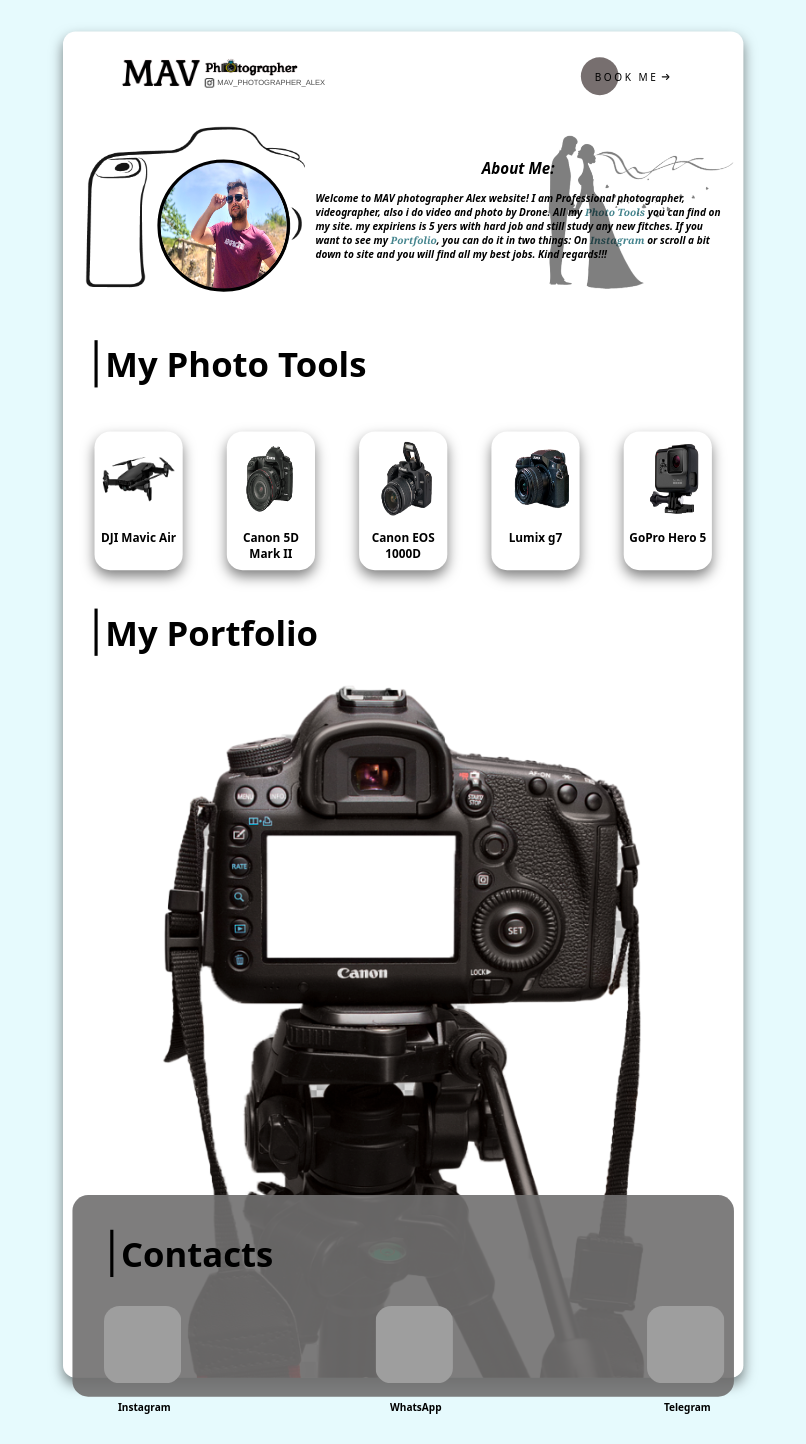
Repository: Dekabrist94/MAV
Page: /
The author's editor kept a copy of each file at every save. The page is drawn from the files as they stood at one save, then again after the next save.
The browser window is 1280 px wide. The pictures show the whole page, at 63% of full size.
Pictures or frames that could not be fetched are drawn as grey boxes. The project was rebuilt for these pictures with package versions that can differ from the ones it lists, and the page was loaded fresh each time.

Above is the page before, as saved 2023-03-11 18:02:21.

### src/index.js
import React from 'react';
import ReactDOM from 'react-dom/client';
import './index.scss';
import App from './App';
import reportWebVitals from './reportWebVitals';

const root = ReactDOM.createRoot(document.getElementById('root'));
root.render(
  <React.StrictMode>
    <App />
  </React.StrictMode>,
);

// If you want to start measuring performance in your app, pass a function
// to log results (for example: reportWebVitals(console.log))
// or send to an analytics endpoint. Learn more: https://bit.ly/CRA-vitals
reportWebVitals();

### src/index.scss
.aboutLinks {
  color: rgb(68, 132, 141);
  text-decoration: none;
  font-family: Georgia, 'Times New Roman', Times, serif;
  transition: all 0.3s ease;
}

.aboutLinks:hover {
  color: rgb(235, 17, 82);
  text-decoration: none;
  font-family: Georgia, 'Times New Roman', Times, serif;
}

body {
  margin: 0;
  font-family: system-ui;
  -webkit-font-smoothing: antialiased;
  -moz-osx-font-smoothing: grayscale;
  background-color: rgb(12, 213, 240, 0.1);
}

.wrapper {
  background: #ffffff;
  box-shadow: 0px 10px 20px rgba(0, 0, 0, 0.5);
  border-radius: 20px;
  max-width: 1080px;
  margin: 50px auto;
}

header {
  padding: 40px;
  margin: 50px;
  display: flex;
  justify-content: space-between;
}

img {
  margin-right: 5px;
}

.headerLeft {
  display: flex;
  align-items: center;
}

.underLogoLink {
  color: black;
  opacity: 70%;
  font-family: 'Franklin Gothic Medium', 'Arial Narrow', Arial, sans-serif;
  text-decoration: none;
  transition: all 0.2s ease;
  text-transform: uppercase;
  font-size: 12px;
}
.underLogoLink:hover {
  opacity: 100%;
  transition: all 0.2s ease;
}
.instaLink {
  display: flex;
  margin-top: -3px;
  align-items: center;
}

.bookMe {
  margin-top: 20px;
}

h3,
p {
  margin: 0;
}

.aboutMe {
  margin-left: 150px;
  position: relative;
  display: flex;

  align-items: center;
  justify-content: space-between;
}
.bride {
  position: absolute;
  left: 610px;
  opacity: 0.5;
  z-index: 0;
}
.camera {
  top: -50px;
  left: -190px;
  position: absolute;
}
.avatar {
  border-radius: 50%;
  border: 5px black solid;
  z-index: 1;
  transition: all 0.4s ease;

  cursor: pointer;
}
.avatar:hover {
  transition: all 0.4s ease;
  transform: scale(1.05);
  cursor: pointer;
}

.textAboutCenter {
  text-align: center;
  font-style: italic;
  z-index: 0;
}
.textAbout {
  padding-bottom: 50px;
  padding-left: 5%;
  padding-right: 5%;
  text-align: left;
  font-style: italic;
}
.cardContainer {
  display: flex;
  padding: 15px;
}
.card {
  height: 220px;
  width: 140px;
  margin: 0 auto;
}

.cardBorder {
  border-radius: 25px;
  box-shadow: 0px 10px 20px rgba(0, 0, 0, 0.5);
}

.cardStyle {
  padding-top: 15px;
  text-align: center;
}

.CaptionTools {
  margin-left: 50px;
  font-size: 55px;
  padding-left: 12px;
  border-left: 5px rgb(0, 0, 0) solid;
}

.Portfolio {
}

.captionPortfolio {
  margin-left: 50px;
  font-size: 55px;
  padding-left: 12px;
  border-left: 5px rgb(0, 0, 0) solid;
}

.mainCamera {
  margin: 0 auto;
  align-items: center;
  display: flex;
}

.cameraSlider {
  margin: 0 auto;
  z-index: 2;
}

.contContainer {
  position: relative;
  margin: 0px 15px auto;
}

.background {
  position: absolute;
  background: rgba(112, 111, 111, 0.9);
  width: 100%;
  height: 320px;
  margin: -290px auto;
  z-index: 3;
  border-radius: 25px;
}

.qr {
  padding: 10px;
}

.contacts {
  display: flex;
  align-items: center;
  justify-content: space-between;
}

li {
  list-style-type: none;
  z-index: 5;
}

.qrcode {
  border-radius: 25px;
  transition: all 0.3s ease;
}

.qrcode:hover {
  transform: scale(1.1);
  transition: all 0.3s ease;
}

### src/App.js
import { Header } from './pages/Header';
import { PhotoTools } from './pages/PhotoTools';
import { AboutMe } from './pages/AboutMe';
import mainCamera from './assets/img/mainCamera.png';
function App() {
  return (
    <div className="wrapper">
      <Header />
      <AboutMe />
      <PhotoTools />

      <section className="Portfolio">
        <h1 className="captionPortfolio">My Portfolio</h1>
        <div className="slider">
          <div className="mainCamera">
            <img className="cameraSlider" width={800} height={1100} src={mainCamera} />
          </div>
        </div>
      </section>

      <section className="contContainer">
        <div className="background">
          <div className="qr">
            <h1 className="CaptionTools">Contacts</h1>
            <ul className="contacts">
              <li>
                <a href="https://www.instagram.com/palazzagofotografo/" target="_blank">
                  <img
                    className="qrcode"
                    src="http://qrcoder.ru/code/?https%3A%2F%2Fwww.instagram.com%2Fpalazzagofotografo%2F&3&0"
                    width="123"
                    height="123"
                    title="Instagram QR Code"
                  />
                </a>
                <h4 align="center">Instagram</h4>
              </li>
              <li>
                <a href="https://wa.me/+393519741841" target="_blank">
                  <img
                    className="qrcode"
                    src="http://qrcoder.ru/code/?https%3A%2F%2Fwa.me%2F%2B393519741841&3&0"
                    width="123"
                    height="123"
                    title="WhatsApp QR Code"
                  />
                </a>
                <h4 align="center">WhatsApp</h4>
              </li>
              <li>
                <a href="https://t.me/mavphotographeralex" target="_blank">
                  <img
                    className="qrcode"
                    src="http://qrcoder.ru/code/?https%3A%2F%2Ftelegram.me%2F%40mavphotographer&4&0"
                    width="123"
                    height="123"
                    title="Telegram QR Code"
                  />
                </a>
                <h4 align="center">Telegram</h4>
              </li>
            </ul>
          </div>
        </div>
      </section>
    </div>
  );
}

export default App;

### src/pages/Header.jsx
import PHOTOGRAPHER from '../assets/img/photographer.png';
import InstaLogo from '../assets/img/instagram.png';
import MAV from '../assets/img/MAV.png';
import '../index.scss';
import { CustomButton } from '../components/button UI';
export const Header = () => {
  return (
    <header>
      <div className="headerLeft">
        <img width={130} height={50} src={MAV} alt="logo" />
        <div className="headerInfo">
          <img width={150} height={30} src={PHOTOGRAPHER} alt="logo" />
          <div className="instaLink">
            <img width={15} height={15} src={InstaLogo} alt="Instagram" />
            <a href="#" className="underLogoLink">
              mav_photographer_alex
            </a>
          </div>
        </div>
      </div>
      <div className="bookMe">
        <CustomButton text="BOOK ME" style="link" />
      </div>
    </header>
  );
};

### src/pages/PhotoTools.jsx
import Drone from '../assets/img/mavicAir.png';
import Mark from '../assets/img/5dmark.png';
import CanonD from '../assets/img/1000d.png';
import Lumix from '../assets/img/lumix.png';
import Hero5 from '../assets/img/hero5.png';

import '../index.scss';

export const PhotoTools = () => {
  return (
    <section className="PhotoTools">
      <aside>
        <h1 className="CaptionTools">My Photo Tools</h1>
      </aside>
      <div className="cardContainer">
        <div className="card cardBorder">
          <img className="cardStyle" width={140} height={120} src={Drone} alt="card" />
          <p className="cardStyle">
            <h3>DJI Mavic Air</h3>
          </p>
        </div>
        <div className="card cardBorder">
          <img className="cardStyle" width={140} height={120} src={Mark} alt="card" />
          <p className="cardStyle">
            <h3>Canon 5D Mark II</h3>
          </p>
        </div>
        <div className="card cardBorder">
          <img className="cardStyle" width={160} height={120} src={CanonD} alt="card" />
          <p className="cardStyle">
            <h3>Canon EOS 1000D</h3>
          </p>
        </div>
        <div className="card cardBorder">
          <img className="cardStyle" width={160} height={120} src={Lumix} alt="card" />
          <p className="cardStyle">
            <h3>Lumix g7</h3>
          </p>
        </div>
        <div className="card cardBorder">
          <img className="cardStyle" width={160} height={120} src={Hero5} alt="card" />
          <p className="cardStyle">
            <h3>GoPro Hero 5</h3>
          </p>
        </div>
      </div>
    </section>
  );
};

### src/pages/AboutMe.jsx
import '../index.scss';
import Camera from '../assets/img/camera.png';
import AVATAR from '../assets/img/AVATAR.jpg';
import Bride from '../assets/img/bride.png';
export const AboutMe = () => {
  return (
    <section className="aboutMe">
      <img className="avatar" width={200} height={200} src={AVATAR} alt="AVATAR" />
      <img className="camera" width={500} height={302} src={Camera} alt="Camera" />
      <img className="bride" width={320} height={350} src={Bride} alt="Bride" />

      <div>
        <h1 className="textAboutCenter">About Me:</h1>
        <h4 className="textAbout">
          Welcome to MAV photographer Alex website! I am Professional photographer, videographer,
          also i do video and photo by Drone. All my{' '}
          <a className="aboutLinks" href="#">
            Photo Tools
          </a>{' '}
          you can find on my site. my expiriens is 5 yers with hard job and still study any new
          fitches. If you want to see my{' '}
          <a className="aboutLinks" href="#">
            Portfolio
          </a>
          , you can do it in two things: On{' '}
          <a className="aboutLinks" href="#">
            Instagram
          </a>{' '}
          or scroll a bit down to site and you will find all my best jobs. Kind regards!!!
        </h4>
      </div>
    </section>
  );
};

### src/components/button UI/index.jsx
import styles from './Button.module.css';
import React from 'react';

export const CustomButton = ({ type, text, link, style }) => {
  if (style === 'btn') {
    return (
      <button className={`${styles.button} ${styles.buttonBtn}`} type={type}>
        <span>{text}</span>
        <svg width="13px" height="10px" viewBox="0 0 13 10">
          <path d="M1,5 L11,5"></path>
          <polyline points="8 1 12 5 8 9"></polyline>
        </svg>
      </button>
    );
  } else if (style === 'link') {
    return (
      <a
        href={link}
        className={`${styles.button} ${styles.buttonLink}`}
        target="_blank"
        rel="noreferrer">
        <span>{text}</span>
        <svg width="13px" height="10px" viewBox="0 0 13 10">
          <path d="M1,5 L11,5"></path>
          <polyline points="8 1 12 5 8 9"></polyline>
        </svg>
      </a>
    );
  }
  return <button>{text}</button>;
};

### src/components/button UI/Button.module.css
.button {
  position: relative;
  margin: auto;
  padding: 19px 22px;
  transition: all 0.2s ease;
  cursor: pointer;
}
.button:before {
  content: '';
  position: absolute;
  top: 0;
  left: 0;
  display: block;
  border-radius: 50%;

  width: 60px;
  height: 60px;
  transition: all 0.5s ease;
}
.buttonLink:before {
  background: rgb(119, 111, 111);
}
.buttonBtn:before {
  background: rgba(255, 165, 45, 0.5);
}
.button span {
  position: relative;
  font-size: 16px;
  line-height: 18px;
  font-weight: 400;
  letter-spacing: 4px;
  text-transform: uppercase;
  vertical-align: middle;
  transition: color 0.5s ease;
}
.button:hover span {
  color: #fff;
}
.button svg {
  position: relative;
  top: 0;
  margin-left: 10px;
  fill: none;
  stroke-linecap: round;
  stroke-linejoin: round;
  stroke: #111;
  stroke-width: 2;
  transform: translateX(-5px);
  transition: all 0.5s ease;
}
.button:hover:before {
  width: 100%;
  border-radius: 50px;
}
.buttonLink:hover:before {
  background: black;
}
.buttonBtn:hover:before {
  background: rgb(255, 165, 45);
}
.button:hover svg {
  transform: translateX(0);
  stroke: #fff;
}
.button:active {
  transform: scale(0.96);
}

Loaded but not shown: public/index.html (common file); src/reportWebVitals.js (common file)

After the next save:
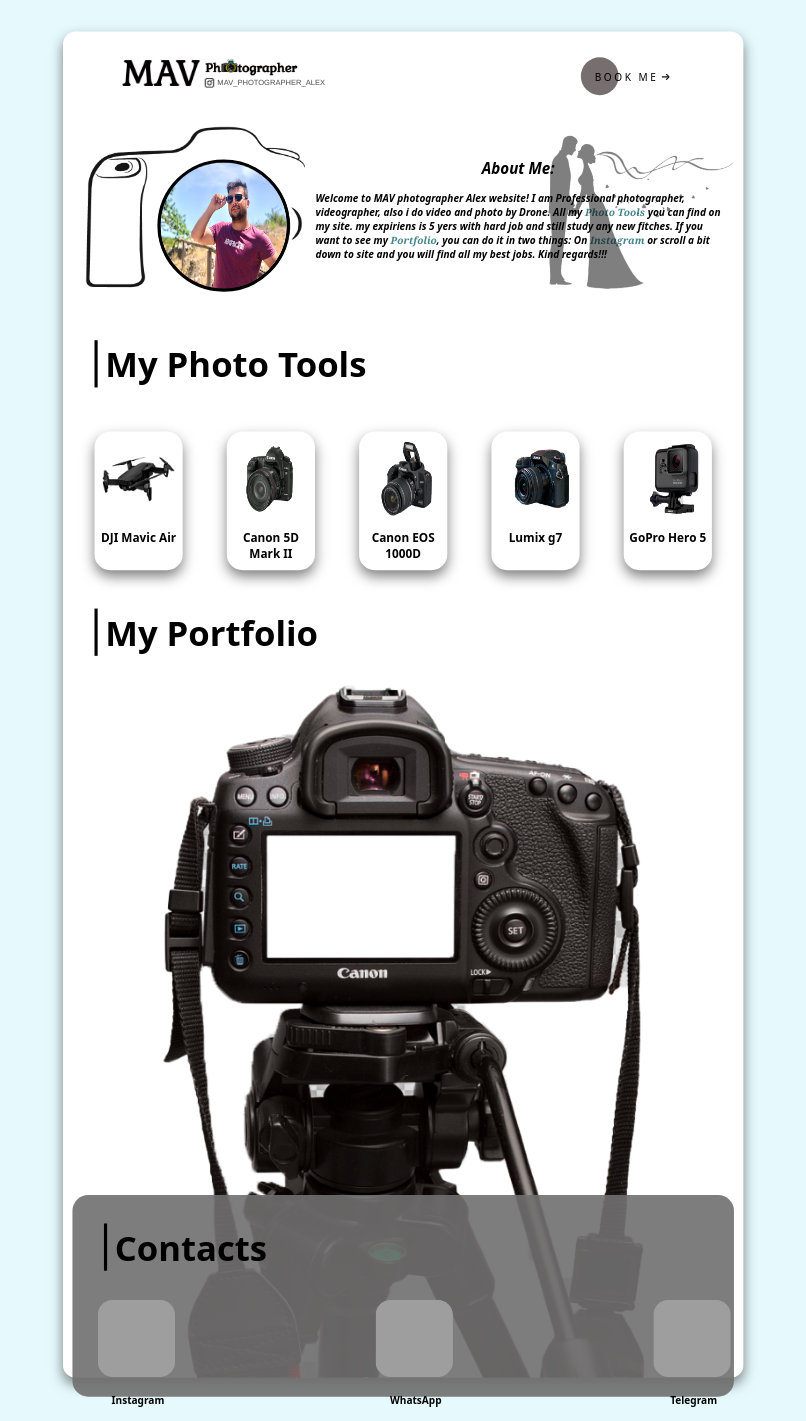
Saved 6 s later.
--- a/src/index.scss
+++ b/src/index.scss
@@ -179,10 +179,6 @@
   border-radius: 25px;
 }
 
-.qr {
-  padding: 10px;
-}
-
 .contacts {
   display: flex;
   align-items: center;
